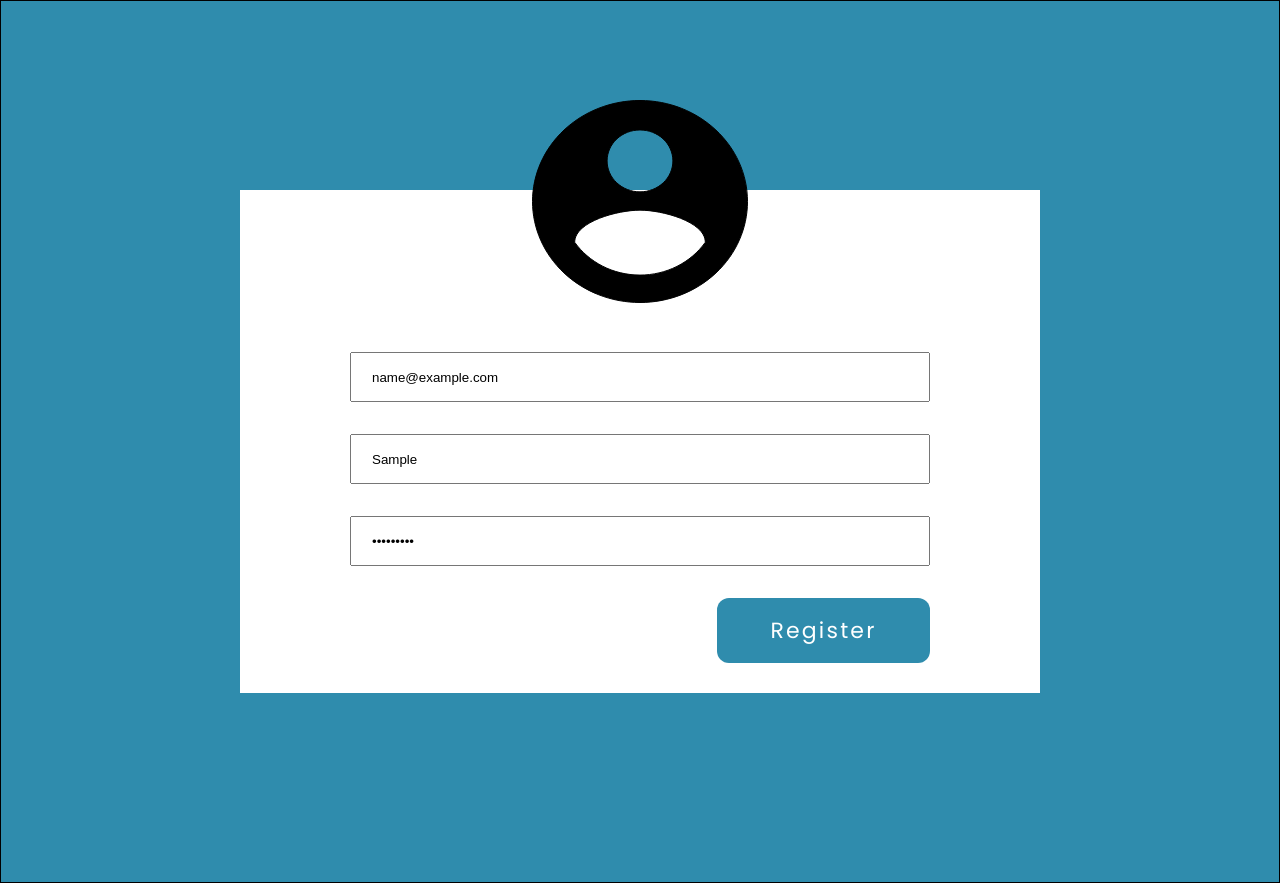
Repository: SabrinaSeydaliyeva/Agency-website
Page: pages/registerPage/index.html
An editor plug-in stored every save of this project. The page is shown before and after the next save, followed by the edit.
The browser window is 1280 px wide. The pictures show the whole page.
Empty fields were first filled with sample values (such as "Sample", 5 or name@example.com).
After loading, the first visible `form` was submitted once.
The style sheet was rebuilt from its Sass, Less or Tailwind sources for each picture, by a compiler version that may differ from the author's.

Above is the page before, as saved 2023-09-14 16:20:06.

After the next save:
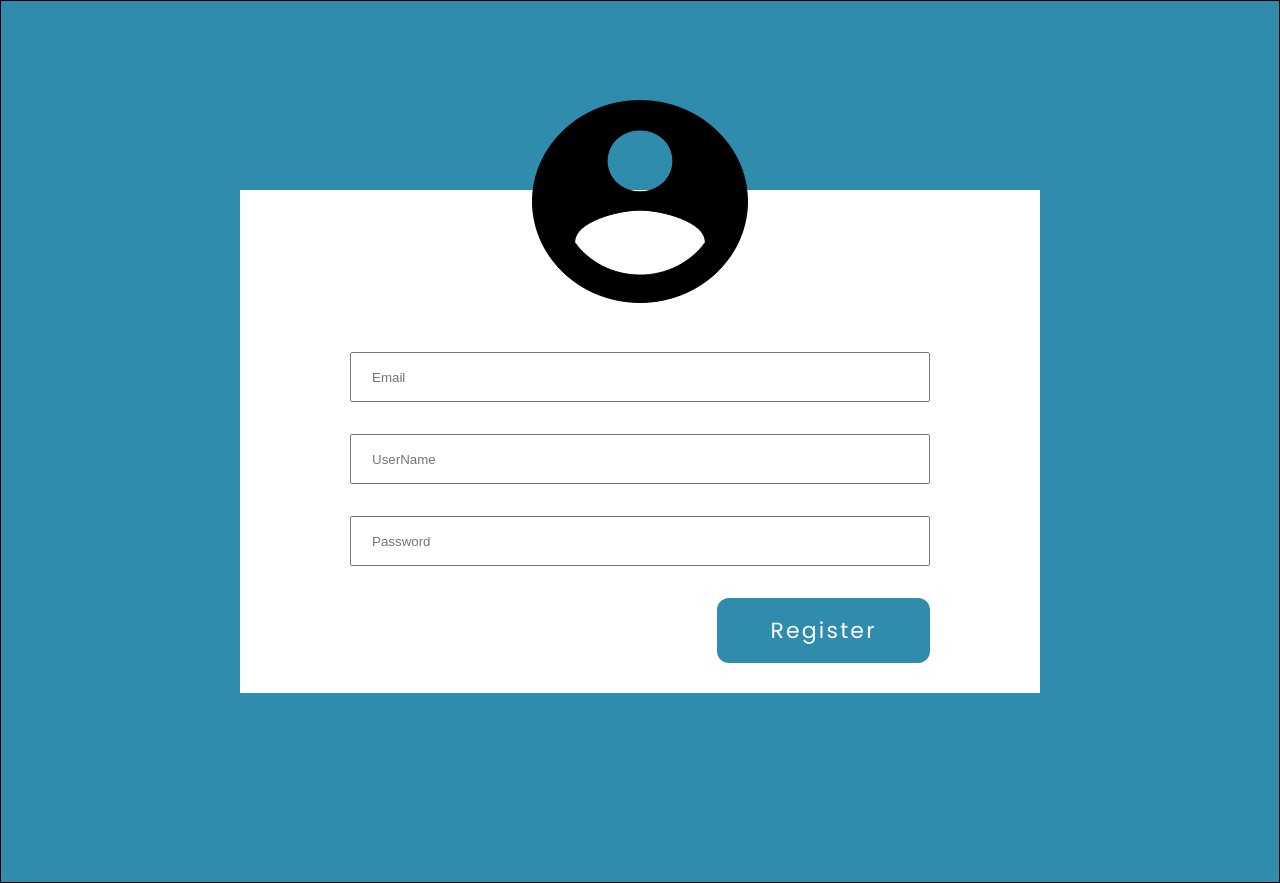
Saved 1 s later.
--- a/pages/registerPage/index.js
+++ b/pages/registerPage/index.js
@@ -17,6 +17,6 @@ let user ={
     password: passwordInput.value,
 }
 dataBase.push(user)
-
+form.reset()
 console.log(dataBase);
 }
